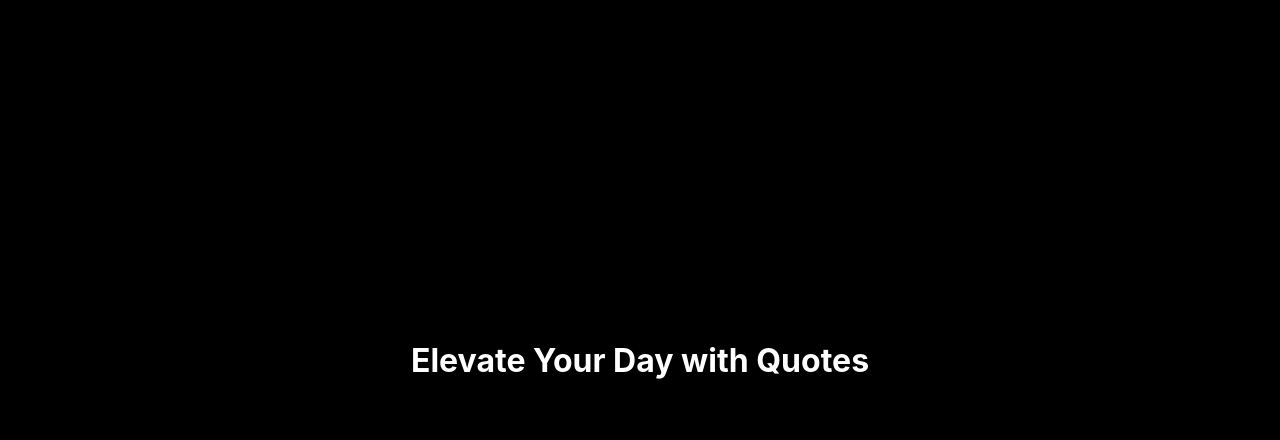
Repository: Bhavik-Sanghar/Quote-app
Page: /
An editor plug-in stored every save of this project. The page is shown before and after the next save, followed by the edit.
The browser window is 1280 px wide. The pictures show the whole page.
The page's requests for data from a server got no answer. The project was rebuilt for these pictures with package versions that can differ from the ones it lists, and the page was loaded fresh each time. No one was signed in, and anything a server would have sent is missing. Also part of the build but not shown: src/styles.css.

Above is the page before, as saved 2023-08-18 14:52:12.

### src/App.js
import React from 'react';
import './styles.css';
import QuoteComponent from './components/NewQuote'

function App() {
  return (
    <div className="App">

      <QuoteComponent/>


    </div>
  );
}

export default App;

### src/components/NewQuote.js
import React, { useEffect, useState } from "react";
import axios from "axios";
import './New.css'

const QuoteComponent = () => {
  const [quotes, setQuotes] = useState([]);
  const category = "inspirational";
  const apiKey = "EgtS4gqLsbjvHM2bBjKwBA==PYmsGLFQFXQzq0Na";

  useEffect(() => {
    fetchQuotes();
  }, []);

  const fetchQuotes = async () => {
    try {
      const response = await axios.get(
        `https://api.api-ninjas.com/v1/quotes?category=${category}&limit=`, // Fetching 5 quotes
        {
          headers: { "X-Api-Key": apiKey },
        }
      );
      console.log(response)
      setQuotes(response.data);
    } catch (error) {
      console.error("Error: ", error);
    }
  };

  return (
    <div className="quote-container">
      <div className="card-container">
      <h1>Elevate Your Day with Quotes</h1>
        {quotes.map((quote, index) => (
          <div key={index} className="card">
            <p className="quote-text">{quote.quote}</p>
            <p className="author">- {quote.author}</p>
          </div>
        ))}
      </div>
    </div>
  );
};

export default QuoteComponent;

### src/components/New.css
.quote-container{
  display: flex;
  justify-content: center;
  align-items: center;
  min-height: 100vh;
  background-color : black;
  color : white;
}

.card-container{

}

Loaded but not shown: public/index.html (common file); src/index.js (common file); src/index.css (common file); src/reportWebVitals.js (common file)

After the next save:
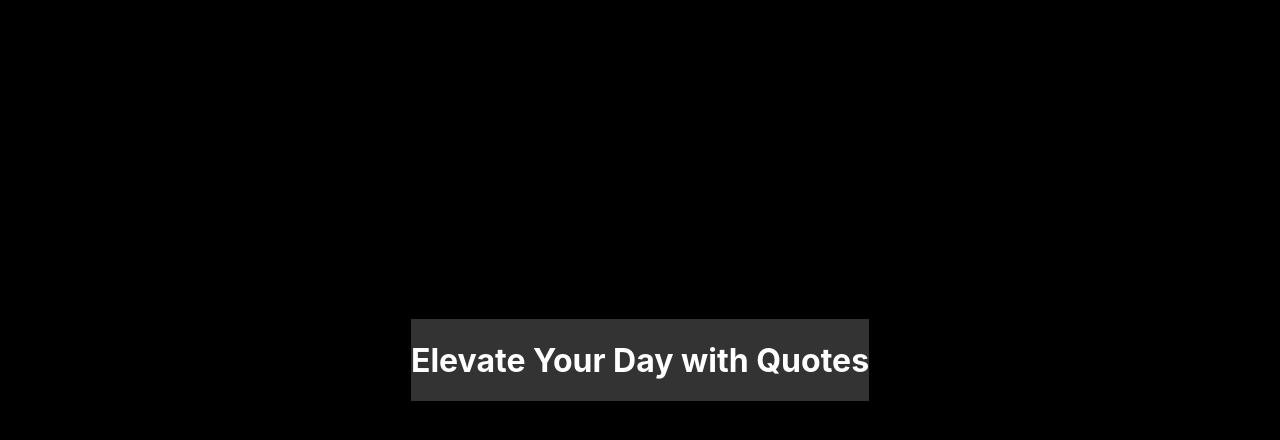
Saved 66 s later.
--- a/src/components/New.css
+++ b/src/components/New.css
@@ -8,5 +8,5 @@
 }
 
 .card-container{
-
+  background-color: hsla(0,0%,100%,.2)
 }
